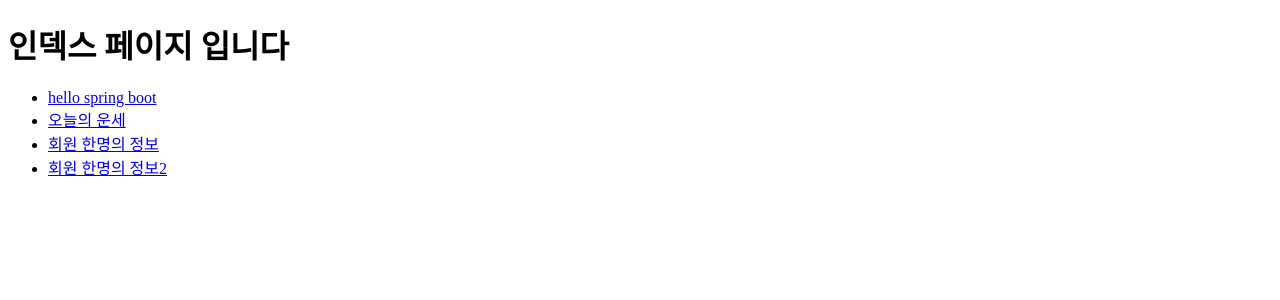
Repository: catfishlove/spring
Page: Boot02_Controller/src/main/resources/static/index.html
These files come from the project's save history. The page is drawn as it stood at one moment and after the next save; the edit follows.
The browser window is 1280 px wide. The pictures show the whole page.

Above is the page before, as saved 2024-07-02 02:41:44.

### Boot02_Controller/src/main/resources/static/index.html
<!DOCTYPE html>
<html>
<head>
<meta charset="UTF-8">
<title>/static/index.html</title>
</head>
<body>
	<div class="container">
		<h1>인덱스 페이지 입니다</h1>
		<ul>
			<li><a href="/boot02/hello">hello spring boot</a></li>
			<li><a href="/boot02/fortune">오늘의 운세</a></li>
			<li><a href="/boot02/member">회원 한명의 정보</a>
			<li><a href="/boot02/member2">회원 한명의 정보2</a>
		</ul>
	</div>
</body>
</html>

After the next save:
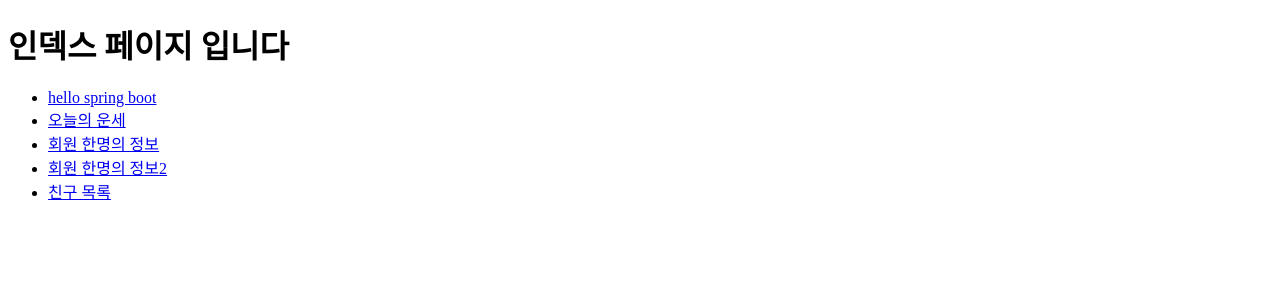
Saved 100 s later.
--- a/Boot02_Controller/src/main/resources/static/index.html
+++ b/Boot02_Controller/src/main/resources/static/index.html
@@ -10,8 +10,9 @@
 		<ul>
 			<li><a href="/boot02/hello">hello spring boot</a></li>
 			<li><a href="/boot02/fortune">오늘의 운세</a></li>
-			<li><a href="/boot02/member">회원 한명의 정보</a>
-			<li><a href="/boot02/member2">회원 한명의 정보2</a>
+			<li><a href="/boot02/member">회원 한명의 정보</a></li>
+			<li><a href="/boot02/member2">회원 한명의 정보2</a></li>
+			<li><a href="/boot02/friends">친구 목록</a></li>
 		</ul>
 	</div>
 </body>
